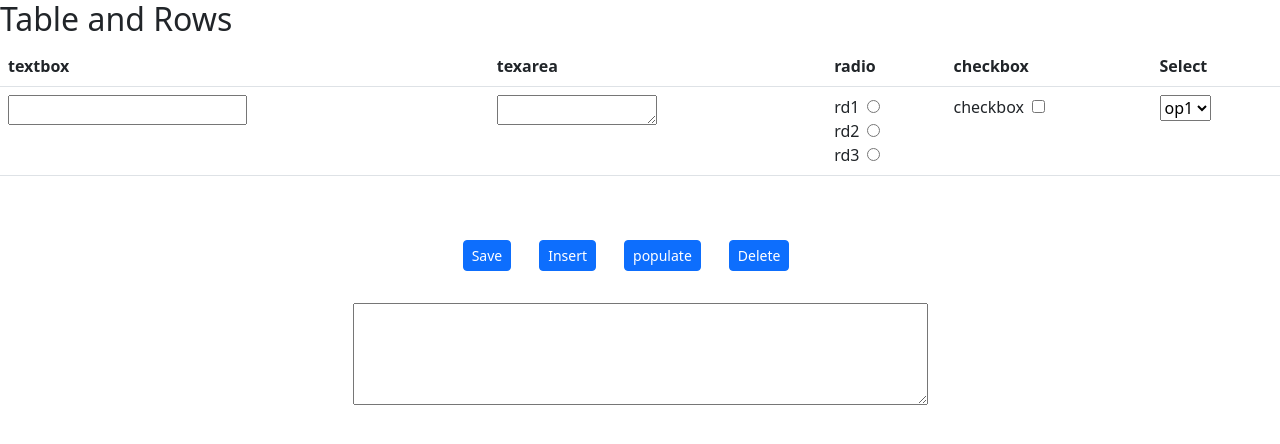
Repository: ishanbassi/iotasol-assignments
Page: /iotasol/work-8
The author's editor kept a copy of each file at every save. The page is drawn from the files as they stood at one save, then again after the next save.
The browser window is 1280 px wide. The pictures show the whole page.
The project was rebuilt for these pictures with package versions that can differ from the ones it lists, and the page was loaded fresh each time. Some packages were replaced by stand-ins written for this rebuild. The framework's server and built-in components were replaced by stand-ins that run in the browser.

Above is the page before, as saved 2022-11-11 12:55:37.

After the next save:
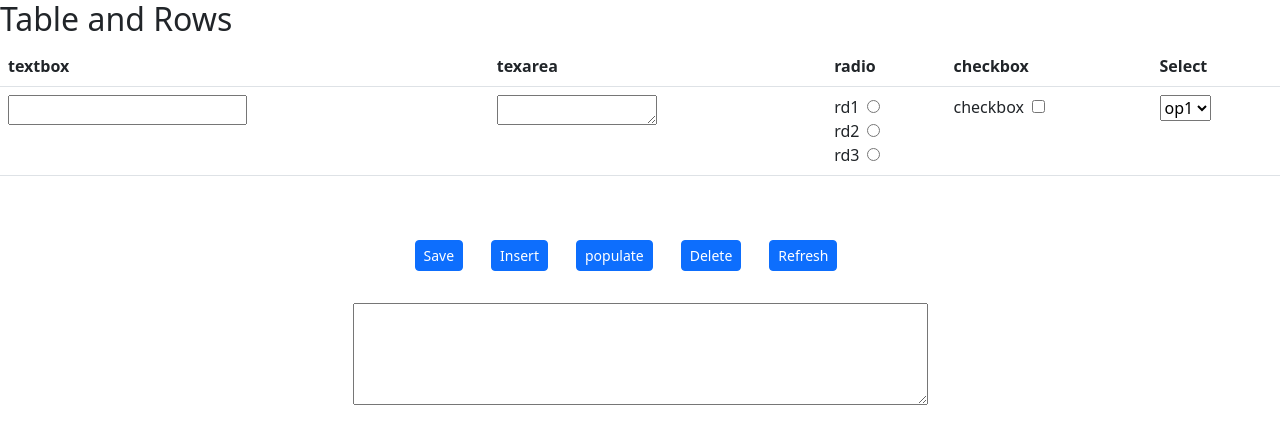
Saved 4 min 37 s later.
--- a/pages/iotasol/work-8.tsx
+++ b/pages/iotasol/work-8.tsx
@@ -35,6 +35,17 @@ export default function App() {
         setData(dataCopy)
 
     }
+    const refreshRow = () => {
+        const dataCopy = data.map(() => {
+            return {
+            text:' ',
+            textarea:' ',
+            radio:' ',
+            select:'op1',
+            checkbox:false
+        }})
+        setData(dataCopy)
+    }
     const insertRow = () => {
         setData(prev => prev.concat({
             text:' ',
@@ -45,16 +56,9 @@ export default function App() {
         }))
     }
     const saveData = () => {
-        const dataCopy = data.map(() => {
-            return {
-            text:' ',
-            textarea:' ',
-            radio:' ',
-            select:'op1',
-            checkbox:false
-        }})
+
         setTextareaData(data)
-        setData(dataCopy)
+
         const textArea = resultRef.current
         let value = ''
 
@@ -139,6 +143,7 @@ export default function App() {
                 <Button variant="primary" size="sm"  type="button" name="insert" onClick={insertRow}>Insert</Button>
                 <Button  variant="primary" size="sm" type="button" name="populate" onClick={populateData}>populate</Button>
                 <Button  variant="primary" size="sm" type="button" name="delete" onClick={deleteData}>Delete</Button>
+                <Button  variant="primary" size="sm" type="button" name="delete" onClick={refreshRow}>Refresh</Button>
             </div>
             <div className="result-textarea">
                 <textarea ref={resultRef} name="result" id="result" cols={60} rows={4}></textarea>
